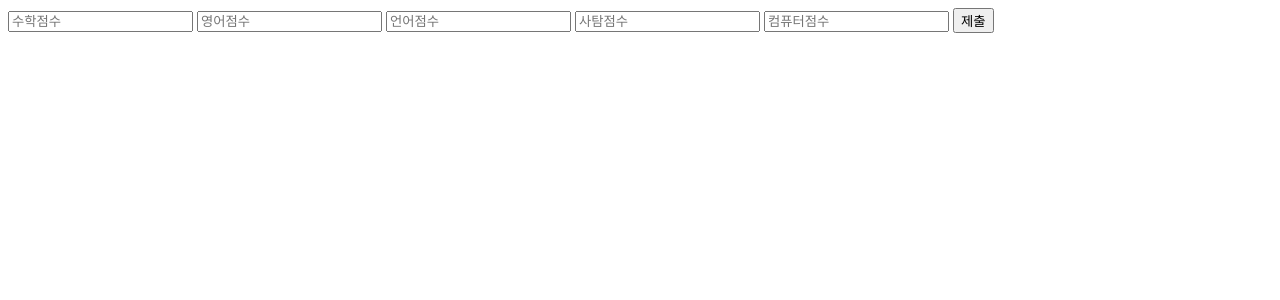
Repository: KindRichMan/Spring
Page: http://localhost/SpringBasic/score
An editor plug-in stored every save of this project. The page is shown before and after the next save, followed by the edit.
The browser window is 1280 px wide. The pictures show the whole page.
The page is served by Tomcat 9. Other server files are loaded and not shown.

Above is the page before, as saved 2022-03-30 06:18:51.

### SpringBasic/src/main/webapp/WEB-INF/views/grade_cardForm.jsp
<%@ page language="java" contentType="text/html; charset=UTF-8"
    pageEncoding="UTF-8"%>
<!DOCTYPE html>
<html>
<head>
<meta charset="UTF-8">
<title>Insert title here</title>
</head>
<body>
   <form action="/score" method="post">
   <input type="number" name="math" placeholder="수학점수">
   <input type="number" name="eng" placeholder="영어점수">
   <input type="number" name="lan" placeholder="언어점수">
   <input type="number" name="social" placeholder="사탐점수">
   <input type="number" name="com" placeholder="컴퓨터점수">
   <input type="submit" value="제출">
   </form>
</body>
</html>

After the next save:
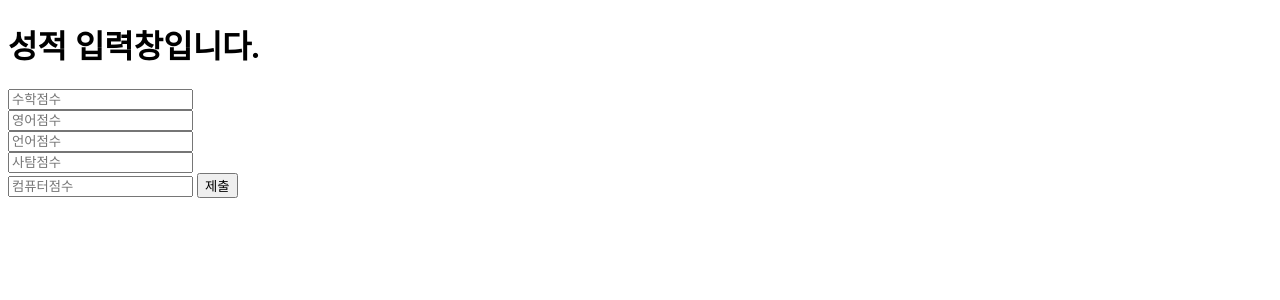
Saved 69 s later.
--- a/SpringBasic/src/main/webapp/WEB-INF/views/grade_cardForm.jsp
+++ b/SpringBasic/src/main/webapp/WEB-INF/views/grade_cardForm.jsp
@@ -7,11 +7,12 @@
 <title>Insert title here</title>
 </head>
 <body>
+   <h1>성적 입력창입니다.</h1>
    <form action="/score" method="post">
-   <input type="number" name="math" placeholder="수학점수">
-   <input type="number" name="eng" placeholder="영어점수">
-   <input type="number" name="lan" placeholder="언어점수">
-   <input type="number" name="social" placeholder="사탐점수">
+   <input type="number" name="math" placeholder="수학점수"><br/>
+   <input type="number" name="eng" placeholder="영어점수"><br/>
+   <input type="number" name="lan" placeholder="언어점수"><br/>
+   <input type="number" name="social" placeholder="사탐점수"><br/>
    <input type="number" name="com" placeholder="컴퓨터점수">
    <input type="submit" value="제출">
    </form>
